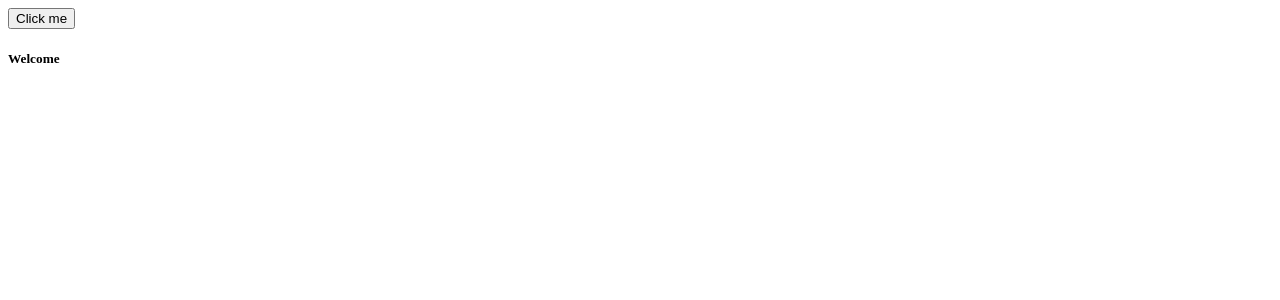
Repository: madhuri777/jdbc
Page: WebPage/WebContent/index.html
The author's editor kept a copy of each file at every save. The page is drawn from the files as they stood at one save, then again after the next save.
The browser window is 1280 px wide. The pictures show the whole page.

Above is the page before, as saved 2018-05-22 06:16:53.

After the next save:
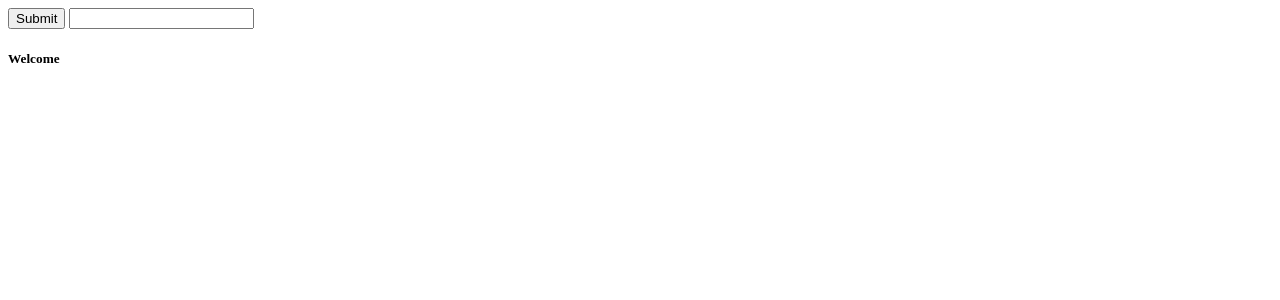
Saved 66 min 35 s later.
--- a/WebPage/WebContent/index.html
+++ b/WebPage/WebContent/index.html
@@ -6,7 +6,8 @@
 </head>
 <body>
 <form action="welcomepage" method="get">
-<input type="submit" value="Click me">
+<input type="submit" name="Click me">
+<input type="text" value="">
 </form>
 <h5>Welcome</h5>
 </body>
